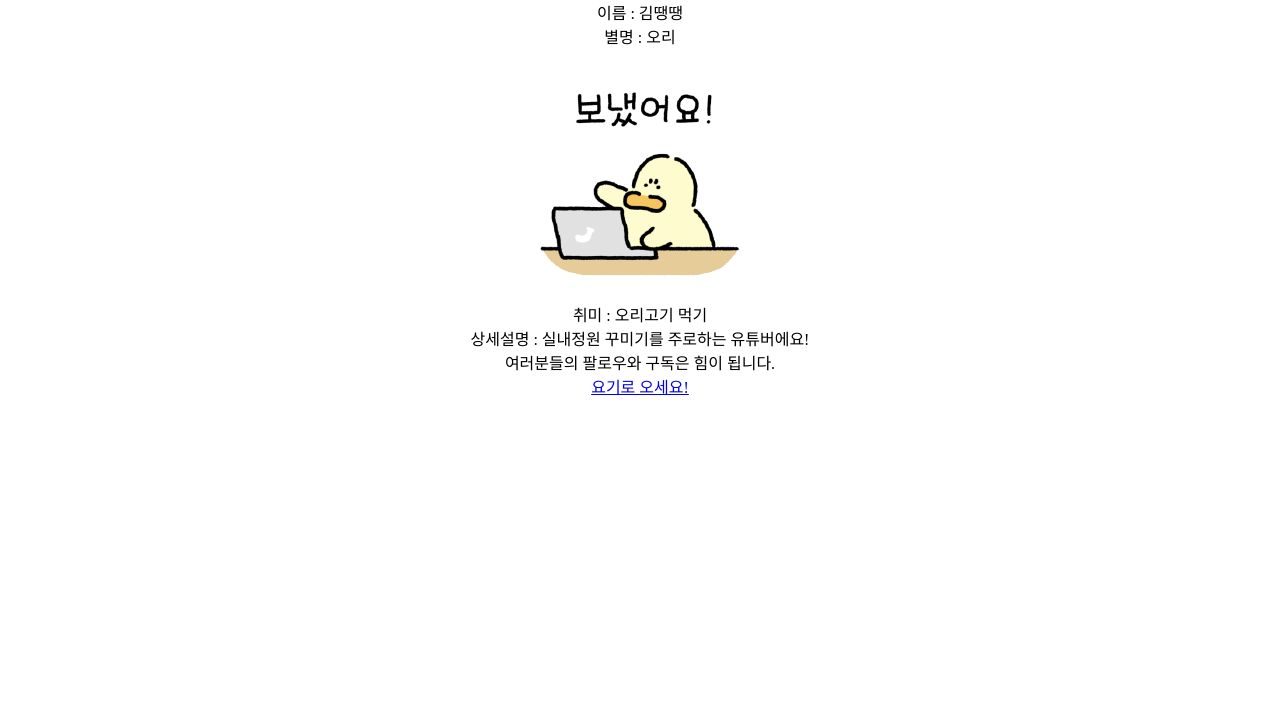
Repository: pauljerricho/MES
Page: http://localhost/SpringBoard/WEB-INF/views/answer.jsp
An editor plug-in stored every save of this project. The page is shown before and after the next save, followed by the edit.
The browser window is 1280 px wide. The pictures show the whole page.
The page is served by Tomcat 9. Nobody is signed in. The template is opened directly, without the code that normally fills it, so the values that code supplies are empty.

Above is the page before, as saved 2022-03-14 00:43:27.

After the next save:
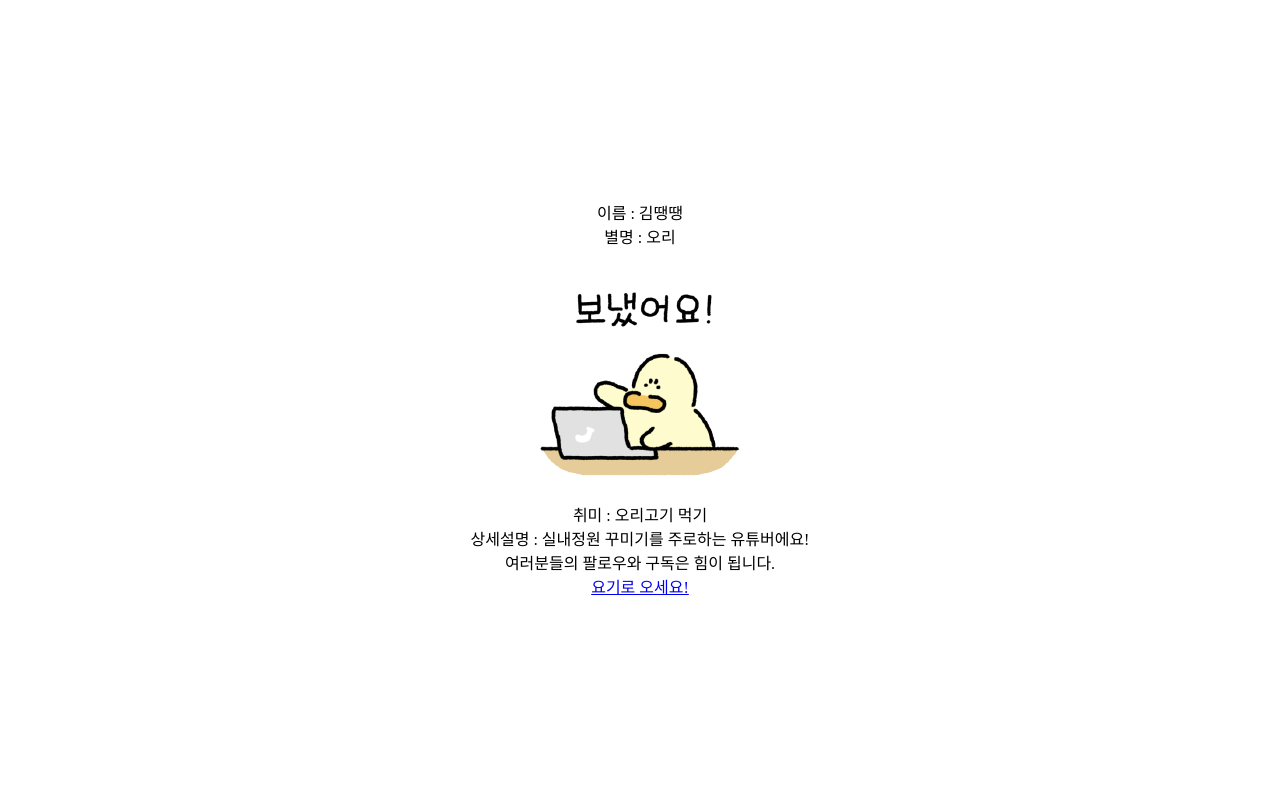
Saved 8 s later.
--- a/gozip/SpringBoard/src/main/webapp/WEB-INF/views/answer.jsp
+++ b/gozip/SpringBoard/src/main/webapp/WEB-INF/views/answer.jsp
@@ -8,7 +8,7 @@
 </head>
 <style>
 *{
-margin: 0 auto;
+margin: 100px; auto;
 padding: 0px;
 text-align: center;
 }
